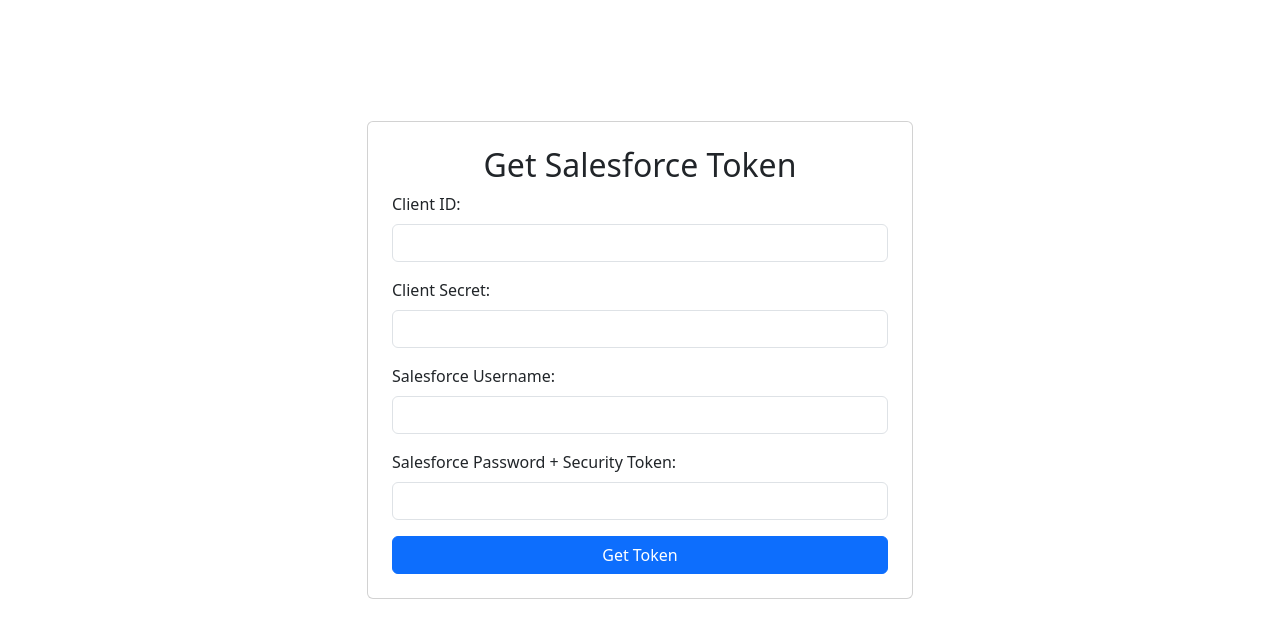
Repository: parveen95887/salesforceTest
Page: index.html
An editor plug-in stored every save of this project. The page is shown before and after the next save, followed by the edit.
The browser window is 1280 px wide. The pictures show the whole page.

Above is the page before, as saved 2024-09-06 11:17:27.

After the next save:
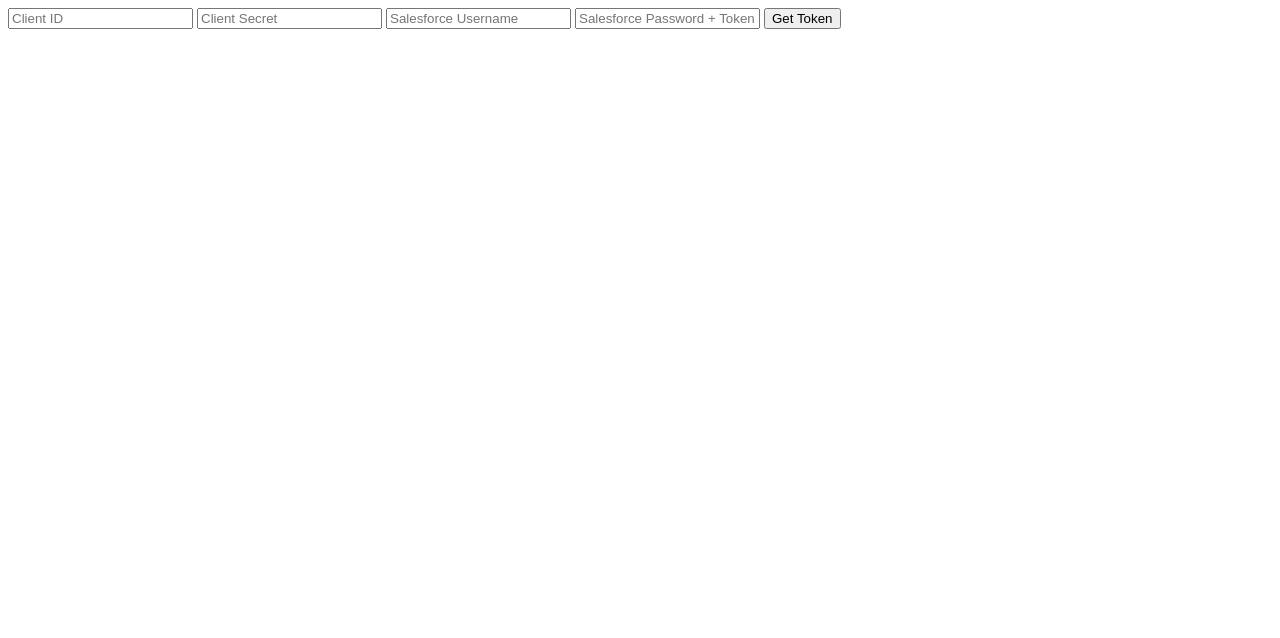
Saved 103 s later.
--- a/index.html
+++ b/index.html
@@ -1,10 +1,11 @@
-<!DOCTYPE html>
+<!-- <!DOCTYPE html>
 <html lang="en">
 <head>
     <meta charset="UTF-8">
     <meta name="viewport" content="width=device-width, initial-scale=1.0">
     <title>OAuth Form</title>
     <!-- Bootstrap CSS -->
+<!--
     <link href="https://cdn.jsdelivr.net/npm/bootstrap@5.3.0-alpha1/dist/css/bootstrap.min.css" rel="stylesheet">
 </head>
 <body>
@@ -45,7 +46,6 @@
         </div>
     </div>
 
-    <!-- Bootstrap JS (Optional) -->
     <script src="https://cdn.jsdelivr.net/npm/bootstrap@5.3.0-alpha1/dist/js/bootstrap.bundle.min.js"></script>
     <script>
         document.getElementById('oauthForm').addEventListener('submit', function(event) {
@@ -71,4 +71,42 @@
         });
     </script>
 </body>
-</html>
+</html> -->
+<form id="oauthForm">
+    <input type="text" id="client_id" name="client_id" placeholder="Client ID" required>
+    <input type="password" id="client_secret" name="client_secret" placeholder="Client Secret" required>
+    <input type="text" id="username" name="username" placeholder="Salesforce Username" required>
+    <input type="password" id="password" name="password" placeholder="Salesforce Password + Token" required>
+    <button type="submit">Get Token</button>
+</form>
+
+<script>
+document.getElementById('oauthForm').addEventListener('submit', function(event) {
+    event.preventDefault();
+
+    const formData = {
+        client_id: document.getElementById('client_id').value,
+        client_secret: document.getElementById('client_secret').value,
+        username: document.getElementById('username').value,
+        password: document.getElementById('password').value
+    };
+
+    fetch('http://localhost:3000/get-token', {
+        method: 'POST',
+        headers: {
+            'Content-Type': 'application/json'
+        },
+        body: JSON.stringify(formData)
+    })
+    .then(response => response.json())
+    .then(data => {
+        if (data.access_token) {
+            alert('Access Token: ' + data.access_token);
+        } else {
+            console.error('Error:', data);
+            alert('Error fetching token: ' + JSON.stringify(data));
+        }
+    })
+    .catch(error => console.error('Error:', error));
+});
+</script>
